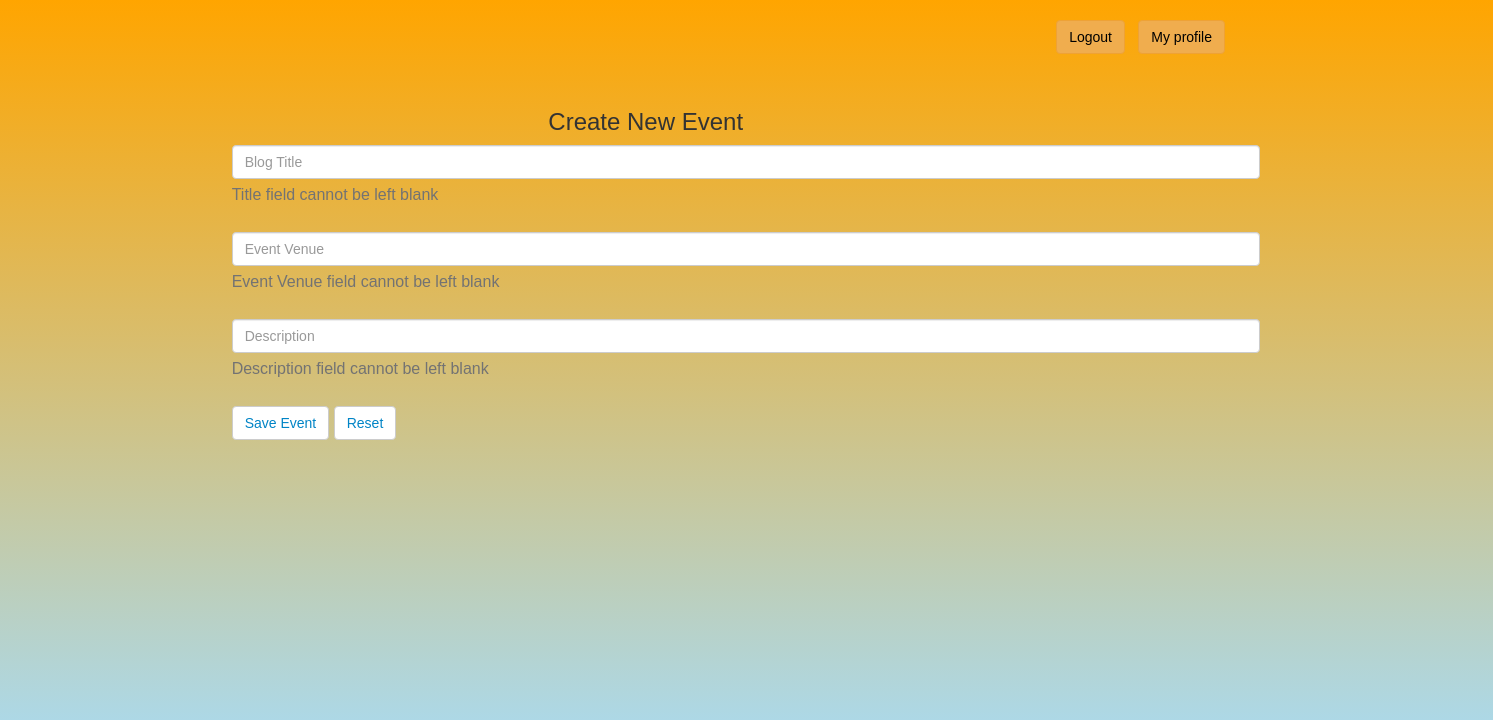
Repository: KaustubhKamat/CollaborationPlatform
Page: CollaborationFrontEnd/WebContent/c_blog/CreateBlog.html
An editor plug-in stored every save of this project. The page is shown before and after the next save, followed by the edit.
The browser window is 1280 px wide. The page is 1493 px wide, so the pictures cover 1493 px, including what lies to the right of the window. The pictures show the whole page.
Some web libraries are served in a nearby version.

Above is the page before, as saved 2017-03-22 08:27:42.

After the next save:
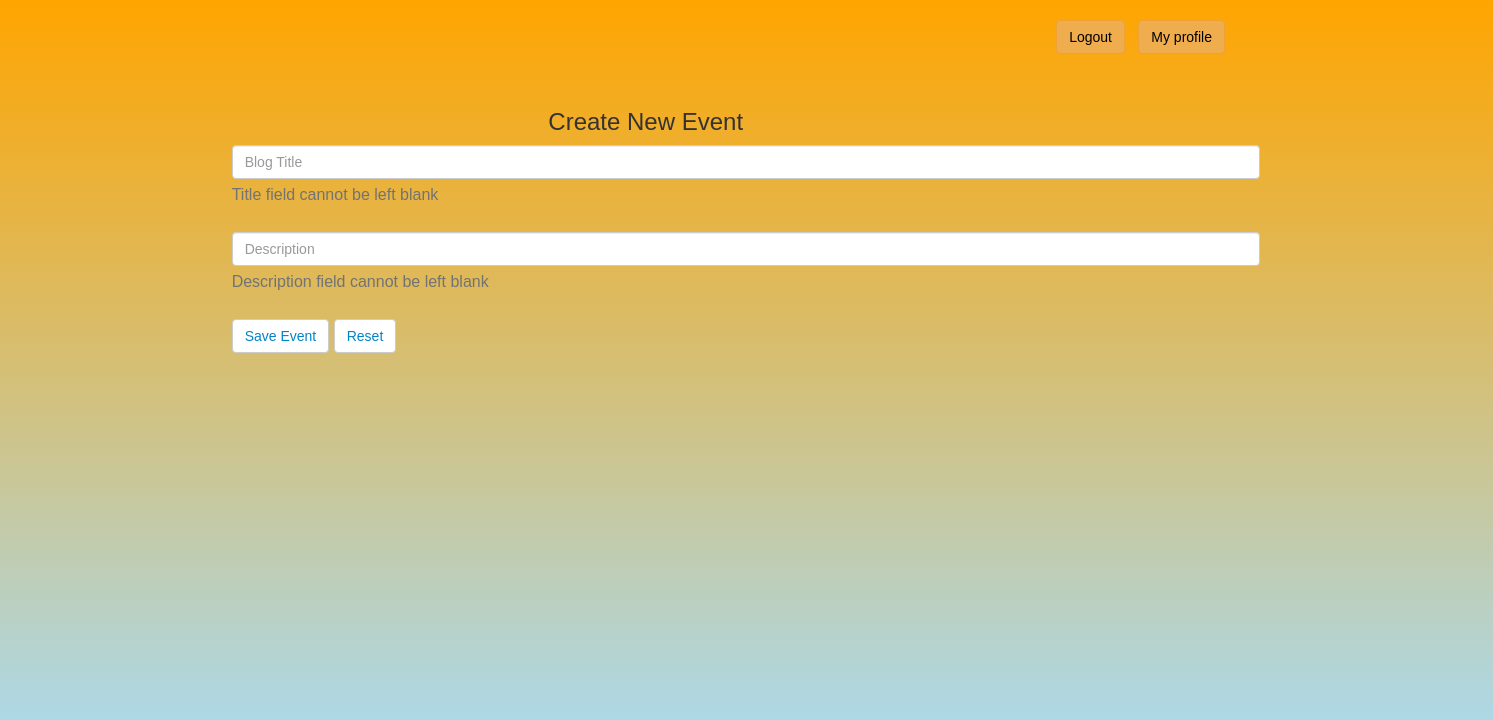
Saved 48 s later.
--- a/CollaborationFrontEnd/WebContent/c_blog/CreateBlog.html
+++ b/CollaborationFrontEnd/WebContent/c_blog/CreateBlog.html
@@ -79,12 +79,7 @@ h2 {
     </div>
   </div>
 
-  <div class="form-group" ng-class="{'has-error' : form.venue.$dirty && form.venue.$error.required}">
-    <div class="col-sm-offset-2 col-sm-10">
-      <input type="text" class="form-control" placeholder="Event Venue" ng-model="ctrl.event.venue" id="" name="venue" required>
-      <span ng-show="form.venue.$dirty && form.venue.$error.required" class="help-block">Event Venue field cannot be left blank</span>
-    </div>
-  </div>
+
 
    <div class="form-group" ng-class="{'has-error' : form.description.$dirty && form.description.$error.required}">
     <div class="col-sm-offset-2 col-sm-10">
